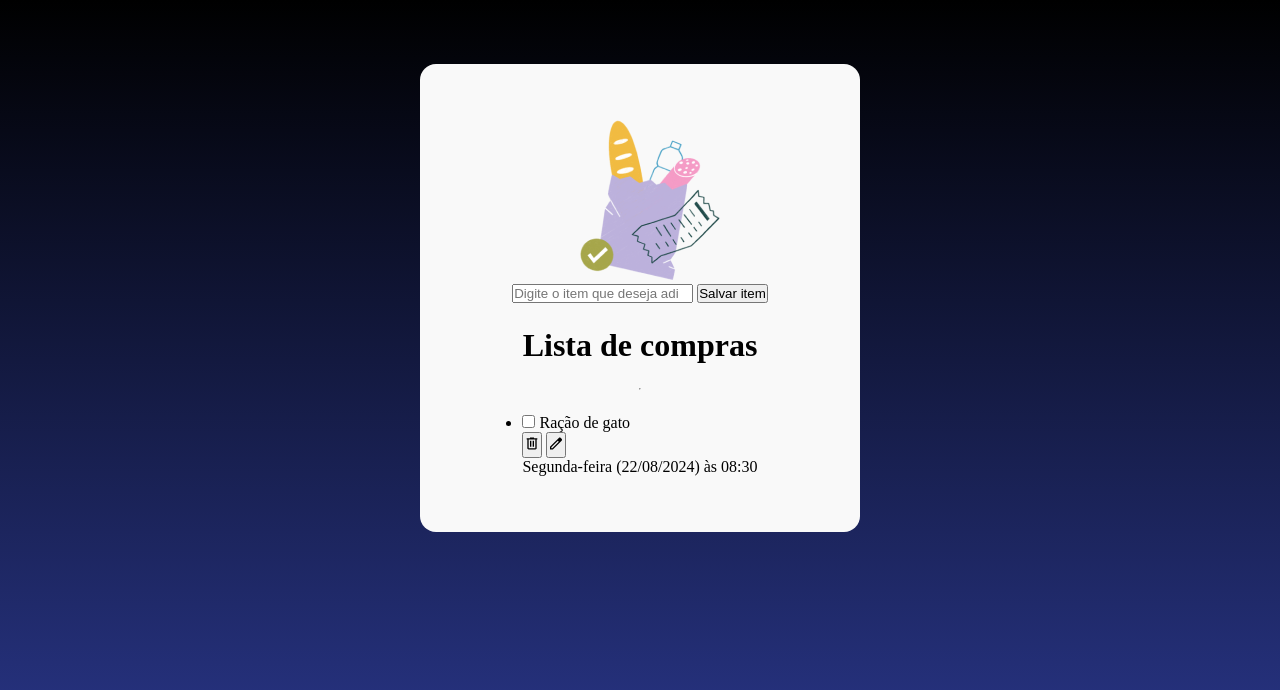
Repository: joaoPraiaJunior/compras_js
Page: index.html
These files come from the project's save history. The page is drawn as it stood at one moment and after the next save; the edit follows.
The browser window is 1280 px wide. The pictures show the whole page.
Some web fonts or font styles are not loaded; a fallback is used.

Above is the page before, as saved 2024-08-22 19:56:36.

After the next save:
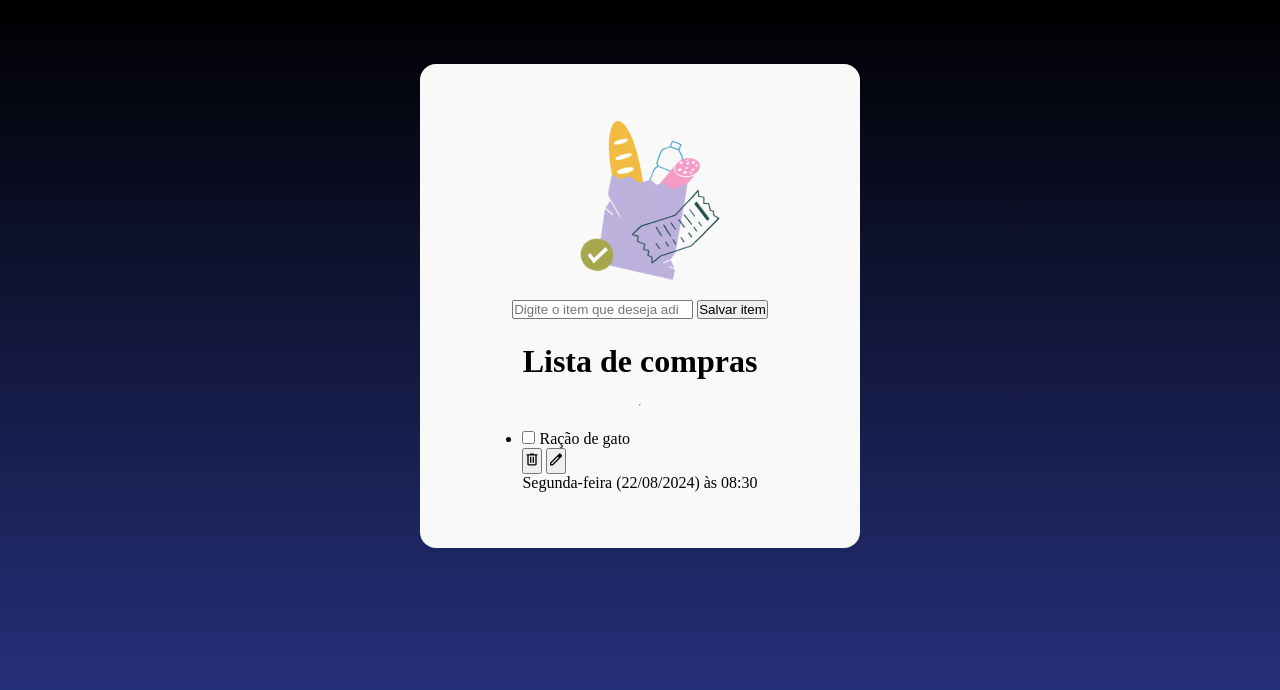
Saved 25 s later.
--- a/css/styles.css
+++ b/css/styles.css
@@ -33,7 +33,7 @@ header {
     margin-top: 6.4rem;
     background-color: var(--neutro);
     border-radius: 1.6rem 1.6rem 0 0;
-    padding: 5.6rem 5.6rem 0 5.6rem;
+    padding: 5.6rem 5.6rem 1.6rem 5.6rem;
     width: 44.0rem;
 
 }
